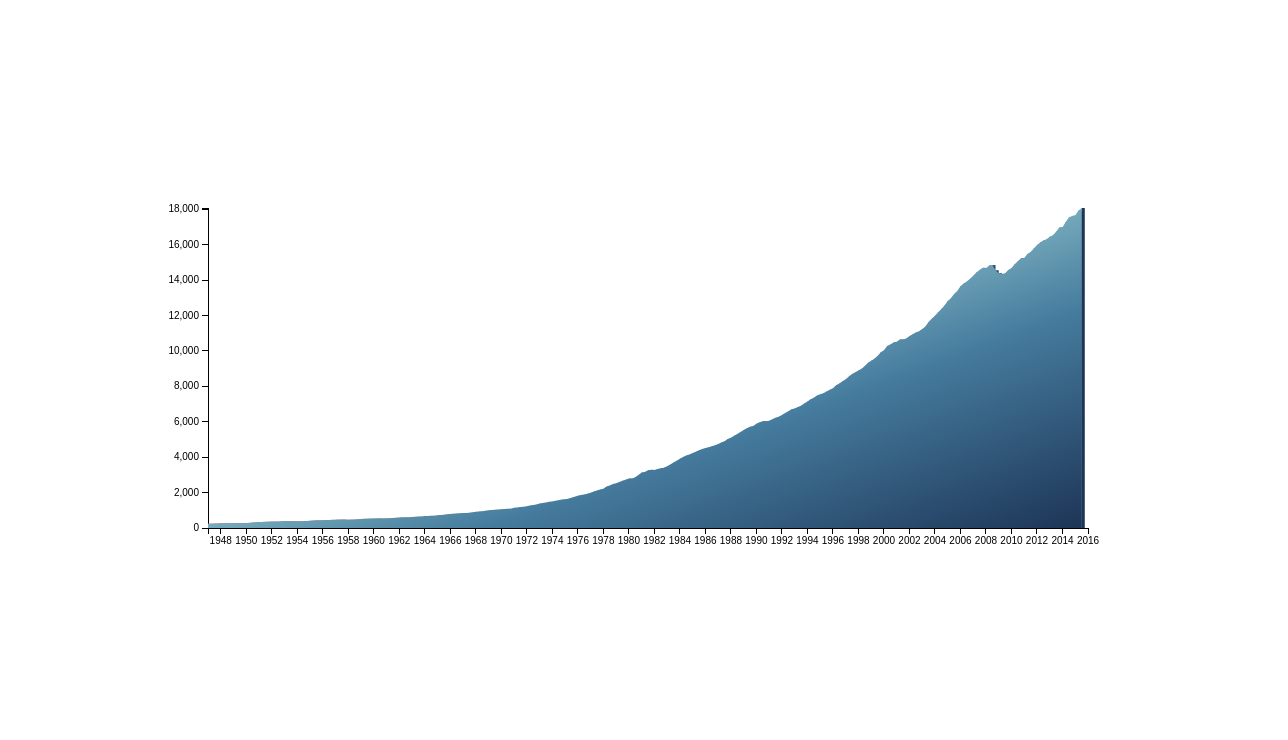
Repository: zizhang-AI/d3-barChart
Page: hello-world.html
The author's editor kept a record of every edit. The page is drawn from the files as they stood at one moment, then again after the next edit.
The browser window is 1280 px wide. The page is 1288 px wide, so the pictures cover 1288 px, including what lies to the right of the window. The pictures show the whole page.

Above is the page before.

### hello-world.html
<!DOCTYPE html>
<html lang="en-us">
<head>
	<meta charset="utf-8">
	<title>BarChartD3</title>
</head>
<style type="text/css">
	.axis text {
	  font: 10px sans-serif;
	}

	.axis path,
	.axis line {
	  fill: none;
	  stroke: #000;
	  shape-rendering: crispEdges;
	}
	.area {
		fill: url(#areaGradientFill);
	}
</style>
<body>
	<script type="text/javascript" src="d3.min.js" charset="utf-8"></script>
	<script type="text/javascript">

	d3.json("GDP-data.json", function(error, json) {
	  if (error) return console.warn(error);
	  data = json;
	  visualizeIt();
	});
	function visualizeIt() {
		let format = d3.time.format('%Y-%m-%d'),
			margin = {top: 200, right: 200, bottom: 200, left: 200},
			width = window.innerWidth,
			height = window.innerHeight;
		for (let i in data.data) {
			data.data[i][0] = format.parse(data.data[i][0]);
		}
		let xScale = d3.time.scale()
						.domain([d3.time.year(format.parse(data.from_date)),
								d3.time.year.offset(d3.time.year(format.parse(data.to_date)),1)])
						.range([0, width - margin.left - margin.right]);
		let yScale = d3.scale.linear()
						.domain([d3.max(data.data.map(function (d) {return d[1];})),0])
						.range([0, height - margin.top - margin.bottom]);
		let colorScale = d3.scale.linear()
						.domain([0,data.data.length*0.33, data.data.length*0.66, data.data.length])
						.range(['#e63946','#a8dadc','#457b9d','#1d3557']);

		let svg = d3.select('body')
						.append('svg')
						.attr({
							'width': width,
							'height': height,
						})
					.append('g')
						.attr('transform', 'translate(' + margin.left + ',' + margin.top + ')');
		///it is to be noted that directly translate svg does not work for Chrome, but appending a 'g' before translation works.
		let xAxis = d3.svg.axis()
						.scale(xScale)
						.ticks(d3.time.years, 2)
						.orient('bottom');
		let yAxis = d3.svg.axis()
						.scale(yScale)
						.orient('left');
		let offsetXAxis = height-margin.top - margin.bottom;

	  svg.append('defs')
	  		.append("linearGradient")
			.attr("id", "areaGradientFill")
			// .attr("gradientUnits", "userSpaceOnUse")
			.attr("x1", '0%')
			.attr("y1", '0%')
			.attr("x2", '100%')
			.attr("y2", '100%')
		.selectAll("stop")
			.data([
			{offset: "0%", color: "#e63946"},
			{offset: "33%", color: "#a8dadc"},
			{offset: "66%", color: "#457b9d"},
			{offset: "100%", color: "#1d3557"}
			])
			.enter().append("stop")
			.attr("offset", function(d) { return d.offset; })
			.attr("stop-color", function(d) { return d.color; });

		svg.append('g')
			.attr('class','x axis')
			.attr('transform','translate(0,'+ offsetXAxis +')')
			.call(xAxis);
		svg.append('g')
			.attr('class','y axis')
			.call(yAxis);
		svg.selectAll('.bar')
				.data(data.data)
			.enter().append('rect')
				.attr('class','bar')
				.attr('x',function(d){return xScale(d[0]);})
				.attr('y', function(d){return height - margin.top - margin.bottom;})
				.attr('fill', function(d,i){return colorScale(i);})
				.attr('width',(width - margin.left - margin.right)/data.data.length)
				.attr('height',0);
		///since the bar is drawn from top to bottom, you need to transition two properties.
		svg.selectAll('.bar')
			.transition()
			.duration(1000) //the duration change will bring very desirable animation!!
			.ease('elastic')
			.delay(function(d, i) {return i*2;})
			.attr('height', function(d){return height - yScale(d[1]) - margin.top - margin.bottom;})
			.attr('y',function(d) {return yScale(d[1]);});

		/*transition to area chart*/
		let area = d3.svg.area()
						.x(function(d) {return xScale(d[0]);})
						.y0(height-margin.top-margin.bottom)
						.y1(function(d) {return yScale(d[1]);});
		svg.append('path')
			.datum(data.data)
			.attr('class', 'area')
			.attr('d',area);
	}
	</script>
</body>

</html>

Loaded but not shown: d3.min.js (library); GDP-data.json (common file)

After the next edit:
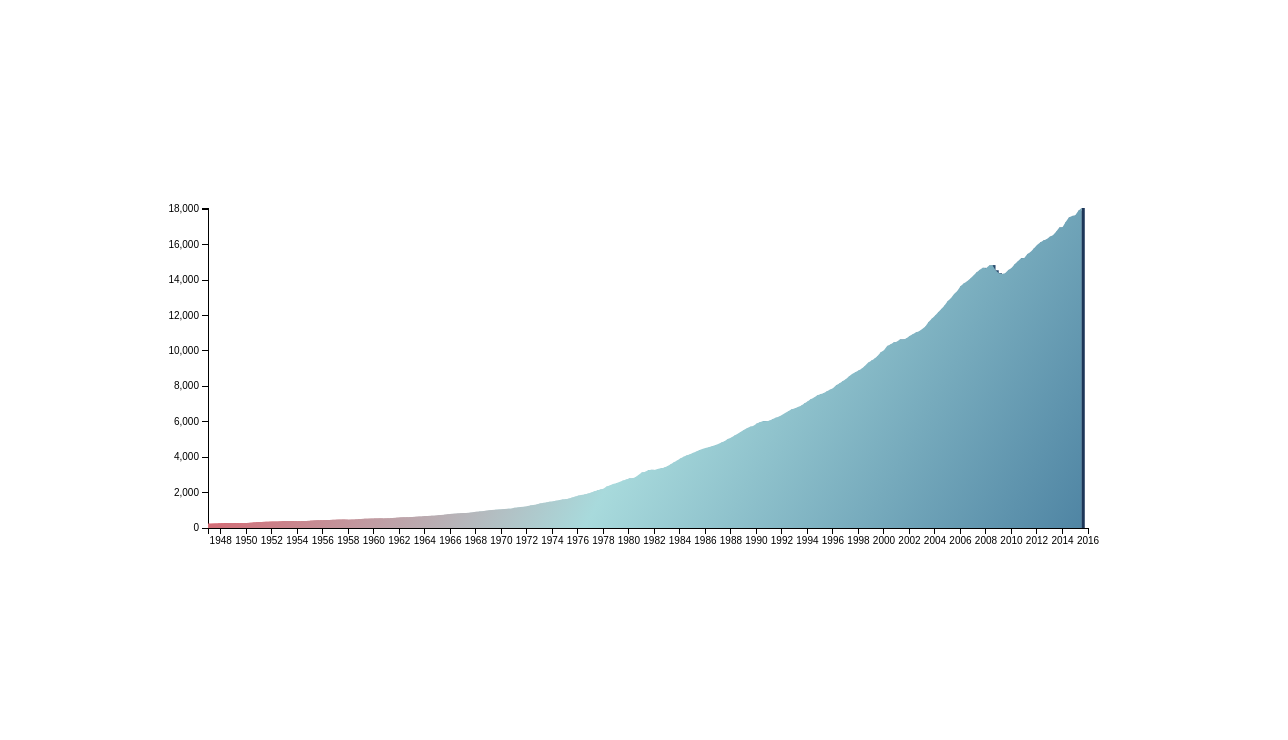
The edit:
--- a/hello-world.html
+++ b/hello-world.html
@@ -68,8 +68,8 @@
 	  svg.append('defs')
 	  		.append("linearGradient")
 			.attr("id", "areaGradientFill")
-			// .attr("gradientUnits", "userSpaceOnUse")
-			.attr("x1", '0%')
+			.attr("gradientUnits", "userSpaceOnUse")
+			.attr("x1", 0)
 			.attr("y1", '0%')
 			.attr("x2", '100%')
 			.attr("y2", '100%')
